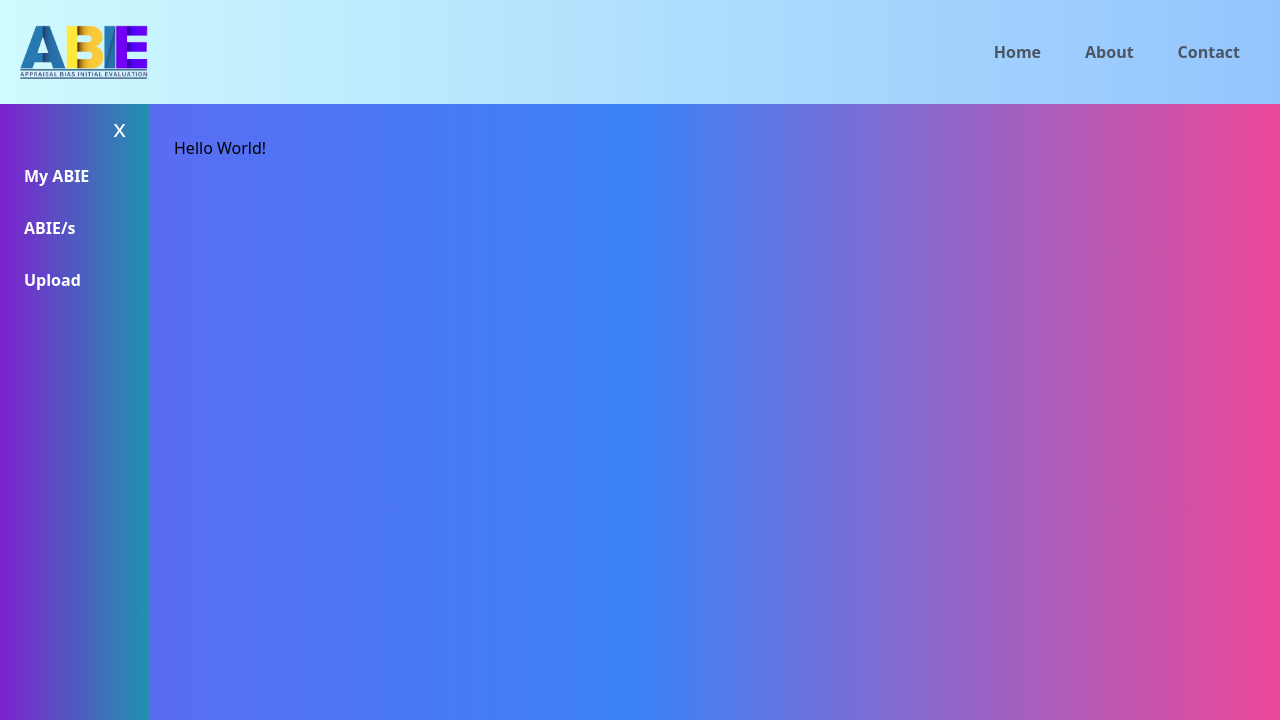
Repository: WafulaLukorito/Abie-frontend
Page: /dashboard
An editor plug-in stored every save of this project. The page is shown before and after the next save, followed by the edit.
The browser window is 1280 px wide. The pictures show the whole page.
The project was rebuilt for these pictures with package versions that can differ from the ones it lists, and the page was loaded fresh each time. Also part of the build but not shown: vite.config.js, src/components/Header/Button.jsx, src/components/Header/Links.jsx, src/components/Header/index.jsx, src/pages/Home.jsx, src/pages/About.jsx.

Above is the page before, as saved 2024-01-26 17:25:58.

### index.html
<!doctype html>
<html lang="en">
  <head>
    <meta charset="UTF-8" />
    <link rel="icon" type="image/svg+xml" href="src\assets\logo.png" />
    <meta name="viewport" content="width=device-width, initial-scale=1.0" />
    <title>Vite + React</title>
  </head>
  <body>
    <div id="root"></div>
    <script type="module" src="/src/main.jsx"></script>
  </body>
</html>

### src/main.jsx
import React from 'react'
import ReactDOM from 'react-dom/client'
import './index.css'
import { createBrowserRouter, RouterProvider } from 'react-router-dom'

//pages
import Home from './pages/Home'
import About from './pages/About'
import Dashboard from './pages/Dashboard'

const routes = createBrowserRouter([
  {
    path: '/',
    element: <Home/>,
  },
  {
    path: '/about',
    element: <About/>
  },
  {
    path: '/dashboard',
    element: <Dashboard/>
  },
  {
    path: '*',
    element: <div>404 Not Found</div>
  }
])

ReactDOM.createRoot(document.getElementById('root')).render(
  <React.StrictMode>
    <RouterProvider router={routes}/>
  </React.StrictMode>,
)

### src/index.css
@tailwind base;
@tailwind components;
@tailwind utilities;

* {
  margin: 0;
  padding: 0;
  box-sizing: border-box;
}

.sidebar {
  top: 6.5rem;
  background: linear-gradient(to right, #7E22CE, #2193b0);
}

### src/pages/Dashboard.jsx
import React, { useState } from 'react';
import Sidebar from "../components/Sidebar";
import NavBar from "../components/Navbar";

const Dashboard = () => {
    const [isSidebarOpen, setIsSidebarOpen] = useState(true);

    const toggleSidebar = () => {
        setIsSidebarOpen(!isSidebarOpen);
    };

    return (
        <div className="flex h-screen bg-gradient-to-r from-indigo-500 via-blue-500 to-pink-500 " >
       {/* // style={{ background: 'linear-gradient(to left, #6dd5ed, #2193b0)' }}>  Gradient background */}
            <Sidebar isOpen={isSidebarOpen} toggleSidebar={toggleSidebar} />
            <div className="flex flex-col flex-1 overflow-hidden">
                {/* Navbar */}
                <NavBar />

                {/* Main content */}
                <main className={`flex-1 overflow-x-hidden overflow-y-auto ${isSidebarOpen ? 'ml-[150px]' : 'ml-0'}`}>
                    <div className="container mx-auto px-6 py-8">
                        {/* Main content goes here */}
                        <h1>Hello World!</h1>
                    </div>
                </main>
            </div>
        </div>
    );
}

export default Dashboard;

### src/components/Navbar/index.jsx
import React from "react";
import Logo from "../../assets/logo.png"
import { Link } from "react-router-dom";

export default function NavBar() {
  return (
    <header className="text-gray-600 body-font bg-gradient-to-r from-cyan-100 to-blue-300 text-blue-800">
      <div className="container mx-auto flex flex-wrap p-5 flex-col md:flex-row items-center">
        <a className="w-32 h-16 flex title-font font-medium items-center text-gray-900 mb-4 md:mb-0">
            <img src={Logo} alt="Logo" className="w-full h-full object-contain" />
        </a>
        <nav className="md:ml-auto flex flex-wrap items-center text-base justify-center text-2xl font-semibold gap-x-6">
          <Link to='/' className="mr-5 hover:text-gray-900">Home</Link>
          <Link to='/about' className="mr-5 hover:text-gray-900">About</Link>
          <a className="mr-5 hover:text-gray-900">Contact</a>
        </nav>
      </div>
    </header>
  );
}

### src/components/Sidebar/index.jsx
import React from 'react';

const Sidebar = ({ isOpen, toggleSidebar }) => {
  // Removed the internal state management for isSidebarOpen

  return (
    <div>
      {/* Sidebar */}
      <div className={`sidebar fixed top-0 bottom-0 lg:left-0 p-2 w-[150px] overflow-y-auto text-right ${isOpen ? 'bg-purple-700' : 'hidden'}`}>

        {/* Toggle button inside sidebar when open */}
        {isOpen && (
          <span
            className="text-white text-2xl z-50 top-0 button-style mt-3 cursor-pointer hover:bg-blue-600 rounded-full py-2 px-4"
            onClick={toggleSidebar}
          >
            {"x"}
          </span>
        )}

        {/* Add a little space after the toggle button */}
        <div className="mt-2"></div>

        {/* My ABIE link */}
        <div className="flex items-center button-style mt-3 cursor-pointer hover:bg-blue-600 text-white rounded-full py-2 px-4">
          <span className="font-bold">My ABIE</span>
        </div>

        {/* ABIE/s */}
        <div className="flex items-center button-style mt-3 cursor-pointer hover:bg-blue-600 text-white rounded-full py-2 px-4">
          <span className="font-bold">ABIE/s</span>
        </div>

        {/* Upload */}
        <div className="flex items-center button-style mt-3 cursor-pointer hover:bg-blue-600 text-white rounded-full py-2 px-4">
          <span className="font-bold">Upload</span>
        </div>

      </div>

      {/* Toggle button outside sidebar when closed */}
      {!isOpen && (
        <span
          className="sidebar absolute text-white top-2 left-0 cursor-pointer z-20 bg-purple-700 p-0 rounded-md"
          onClick={toggleSidebar}
        >
          {"Menu"}
        </span>
      )}
    </div>
  );
};

export default Sidebar;

Loaded but not shown: tailwind.config.js (common file)

After the next save:
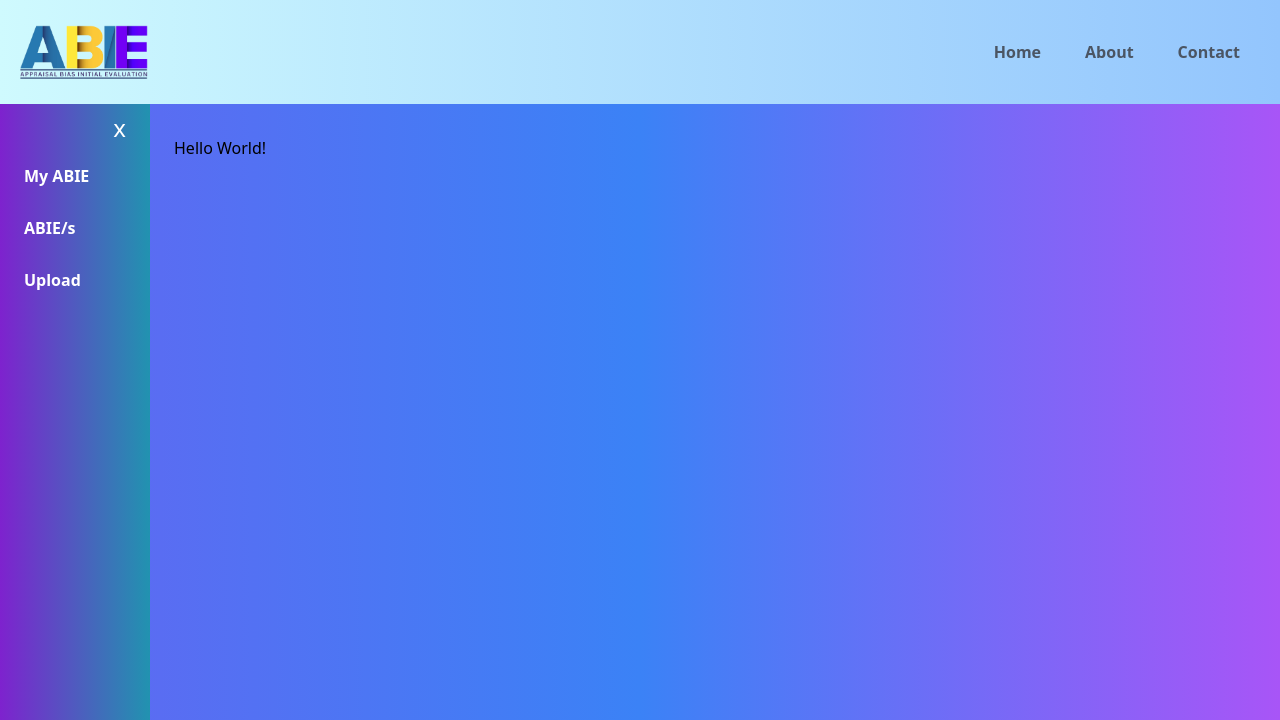
Saved 12 s later.
--- a/src/pages/Dashboard.jsx
+++ b/src/pages/Dashboard.jsx
@@ -10,7 +10,7 @@
     };
 
     return (
-        <div className="flex h-screen bg-gradient-to-r from-indigo-500 via-blue-500 to-pink-500 " >
+        <div className="flex h-screen bg-gradient-to-r from-indigo-500 via-blue-500 to-purple-500 " >
        {/* // style={{ background: 'linear-gradient(to left, #6dd5ed, #2193b0)' }}>  Gradient background */}
             <Sidebar isOpen={isSidebarOpen} toggleSidebar={toggleSidebar} />
             <div className="flex flex-col flex-1 overflow-hidden">
